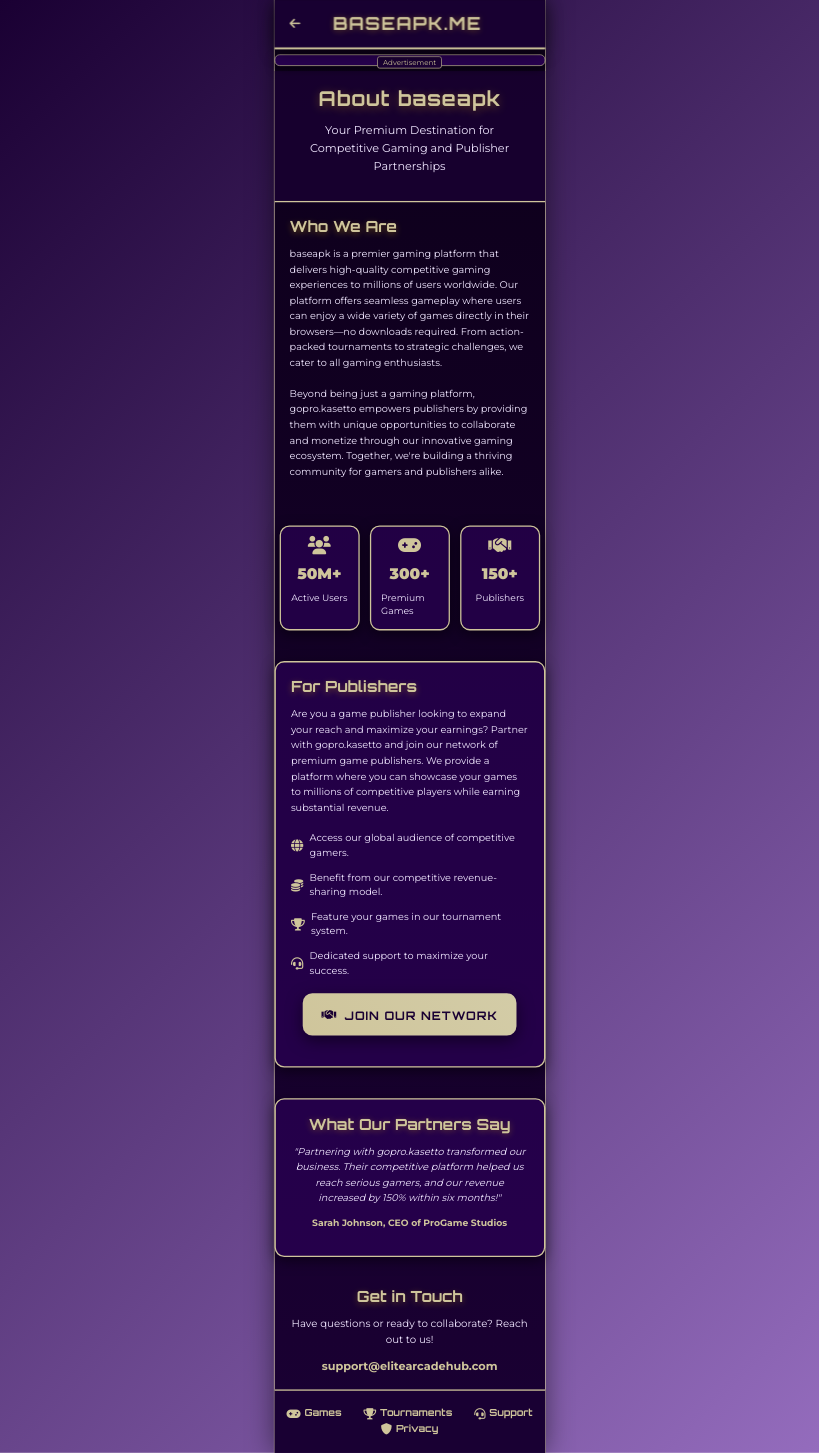
Repository: meenadabhii/kasetto.com
Page: game4265/about.html
An editor plug-in stored every save of this project. The page is shown before and after the next save, followed by the edit.
The browser window is 1280 px wide. The pictures show the whole page, at 64% of full size.

Above is the page before, as saved 2025-05-15 11:51:27.

### game4265/about.html
<!DOCTYPE html>
<html lang="en">

<head>
  <meta charset="UTF-8">
  <meta name="viewport" content="width=device-width, initial-scale=1.0">
  <title>About Us - baseapk.me</title>
  <link href="https://cdn.jsdelivr.net/npm/bootstrap@5.3.0/dist/css/bootstrap.min.css" rel="stylesheet">
  <link rel="stylesheet" href="https://cdnjs.cloudflare.com/ajax/libs/font-awesome/6.0.0/css/all.min.css">
  <link
    href="https://fonts.googleapis.com/css2?family=Montserrat:wght@400;700;900&family=Orbitron:wght@400;700&display=swap"
    rel="stylesheet">
  <style>
    :root {
      --primary-dark: #1a0033;
      --primary-medium: #946cbd;
      --primary-light: #bf9fdf;
      --accent-gold: #cfc59b;
      --accent-light: #d3cca7;
      --text-light: #f0e6ff;
      --text-dark: #1a0033;
      --shadow-dark: rgba(0, 0, 0, 0.5);
      --shadow-light: rgba(255, 204, 0, 0.3);
    }

    body {
      background: linear-gradient(135deg, var(--primary-dark) 0%, var(--primary-medium) 100%);
      min-height: 100vh;
      display: flex;
      flex-direction: column;
      align-items: center;
      font-family: 'Montserrat', sans-serif;
      margin: 0;
      padding: 0;
      width: 100%;
      overflow-x: hidden;
      color: var(--text-light);
    }

    .page-wrapper {
      width: 100%;
      max-width: 425px;
      margin: 0 auto;
      background: linear-gradient(180deg, #0d001a 0%, #1a0033 100%);
      min-height: 100vh;
      display: flex;
      flex-direction: column;
      align-items: center;
      box-shadow: 0 0 40px var(--shadow-dark);
      border-left: 1px solid var(--accent-gold);
      border-right: 1px solid var(--accent-gold);
    }

    .header {
      background: rgba(26, 0, 51, 0.95);
      backdrop-filter: blur(15px);
      width: 100%;
      padding: 1rem 0;
      box-shadow: 0 5px 25px var(--shadow-dark);
      position: sticky;
      top: 0;
      z-index: 1000;
      display: flex;
      justify-content: center;
      border-bottom: 3px solid var(--accent-gold);
    }

    .header-content {
      width: 100%;
      max-width: 425px;
      margin: 0 auto;
      display: flex;
      align-items: center;
      justify-content: space-between;
      padding: 0 1.5rem;
    }

    .logo {
      font-size: 1.75rem;
      font-weight: 900;
      color: var(--accent-gold);
      text-decoration: none;
      text-transform: uppercase;
      letter-spacing: 2px;
      text-shadow: 0 2px 10px var(--shadow-light);
      transition: all 0.3s ease;
      font-family: 'Orbitron', sans-serif;
    }

    .logo:hover {
      color: var(--accent-light);
      text-shadow: 0 4px 20px var(--shadow-light);
    }

    .logo img {
      height: 50px;
      width: auto;
      display: block;
    }

    .back-btn {
      font-size: 1.2rem;
      color: var(--accent-gold);
      text-decoration: none;
      transition: all 0.3s ease;
    }

    .back-btn:hover {
      color: var(--accent-light);
      transform: translateX(-3px);
    }

    #banner-ad {
      width: 100%;
      max-width: 425px;
      margin: 0.5rem auto;
      padding: 0.5rem;
      background: rgba(51, 0, 102, 0.7);
      box-shadow: 0 4px 15px var(--shadow-dark);
      border-radius: 8px;
      position: relative;
      text-align: center;
      border: 1px solid var(--accent-gold);
    }

    #banner-ad::before {
      content: "Advertisement";
      position: absolute;
      top: 2px;
      left: 50%;
      transform: translateX(-50%);
      font-size: 0.7rem;
      font-weight: 500;
      color: var(--accent-gold);
      background: var(--primary-dark);
      padding: 0 8px;
      border-radius: 4px;
      border: 1px solid var(--accent-gold);
    }

    .about-hero {
      width: 100%;
      max-width: 425px;
      padding: 1.5rem;
      text-align: center;
      background: rgba(26, 0, 51, 0.8);
      border-bottom: 2px solid var(--accent-gold);
    }

    .hero-title {
      font-size: 2rem;
      font-weight: 900;
      color: var(--accent-gold);
      margin-bottom: 1rem;
      text-shadow: 0 3px 15px var(--shadow-light);
      letter-spacing: 1.5px;
      font-family: 'Orbitron', sans-serif;
    }

    .hero-tagline {
      font-size: 1.1rem;
      font-weight: 500;
      color: var(--text-light);
      line-height: 1.6;
    }

    .about-section {
      width: 100%;
      max-width: 425px;
      padding: 1.5rem;
    }

    .section-title {
      font-size: 1.5rem;
      font-weight: 900;
      color: var(--accent-gold);
      margin-bottom: 1rem;
      text-shadow: 0 2px 10px var(--shadow-light);
      font-family: 'Orbitron', sans-serif;
    }

    .section-text {
      font-size: 0.95rem;
      color: var(--text-light);
      line-height: 1.6;
      margin-bottom: 1.5rem;
    }

    .stats-grid {
      width: 100%;
      display: flex;
      flex-direction: column;
      gap: 1rem;
      margin: 1.5rem 0;
      padding: 0 0.5rem;
      box-sizing: border-box;
    }

    @media (min-width: 768px) {
      .stats-grid {
        display: grid;
        grid-template-columns: repeat(3, 1fr);
      }
    }

    .stat-item {
      background: rgba(51, 0, 102, 0.5);
      padding: 1rem;
      border-radius: 15px;
      display: flex;
      flex-direction: column;
      align-items: center;
      gap: 10px;
      color: var(--text-light);
      font-size: 0.95rem;
      font-weight: 700;
      transition: all 0.3s ease;
      box-shadow: 0 6px 20px var(--shadow-dark);
      border: 2px solid var(--accent-gold);
    }

    .stat-item:hover {
      transform: translateY(-5px);
      box-shadow: 0 10px 30px var(--shadow-light);
      background: rgba(51, 0, 102, 0.8);
    }

    .stat-item i {
      font-size: 1.8rem;
      color: var(--accent-gold);
    }

    .stat-item .stat-number {
      font-size: 1.5rem;
      font-weight: 900;
      color: var(--accent-gold);
    }

    .stat-item .stat-label {
      font-size: 0.9rem;
      font-weight: 500;
      color: var(--text-light);
    }

    .publisher-benefits {
      width: 100%;
      max-width: 425px;
      padding: 1.5rem;
      background: rgba(51, 0, 102, 0.5);
      border-radius: 15px;
      margin: 1.5rem 0;
      box-shadow: 0 6px 20px var(--shadow-dark);
      border: 2px solid var(--accent-gold);
    }

    .benefit-item {
      display: flex;
      align-items: center;
      gap: 10px;
      margin-bottom: 1rem;
      font-size: 0.95rem;
      color: var(--text-light);
      font-weight: 500;
      transition: transform 0.3s ease;
    }

    .benefit-item:hover {
      transform: translateX(5px);
      color: var(--accent-gold);
    }

    .benefit-item i {
      font-size: 1.2rem;
      color: var(--accent-gold);
    }

    .cta-button {
      width: 90%;
      padding: 1.2rem;
      border-radius: 15px;
      font-weight: 700;
      border: none;
      font-size: 1.15rem;
      transition: all 0.3s ease;
      display: flex;
      align-items: center;
      justify-content: center;
      gap: 12px;
      cursor: pointer;
      margin: 1.5rem auto;
      color: var(--text-dark);
      box-shadow: 0 8px 25px var(--shadow-dark);
      text-transform: uppercase;
      letter-spacing: 1.5px;
      position: relative;
      overflow: hidden;
      background: linear-gradient(45deg, var(--accent-gold), var(--accent-light));
      font-family: 'Orbitron', sans-serif;
    }

    .cta-button:hover {
      transform: translateY(-5px);
      box-shadow: 0 12px 35px var(--shadow-light);
      background: linear-gradient(45deg, var(--accent-light), #ffee99);
    }

    .cta-button::before {
      content: '';
      position: absolute;
      top: 50%;
      left: 50%;
      width: 0;
      height: 0;
      background: rgba(255, 255, 255, 0.3);
      border-radius: 50%;
      transform: translate(-50%, -50%);
      transition: width 0.5s ease, height 0.5s ease;
    }

    .cta-button:hover::before {
      width: 300px;
      height: 300px;
    }

    .testimonial-section {
      width: 100%;
      max-width: 425px;
      padding: 1.5rem;
      background: rgba(51, 0, 102, 0.5);
      border-radius: 15px;
      margin: 1.5rem 0;
      box-shadow: 0 6px 20px var(--shadow-dark);
      text-align: center;
      border: 2px solid var(--accent-gold);
    }

    .testimonial-text {
      font-size: 0.95rem;
      font-style: italic;
      color: var(--text-light);
      line-height: 1.6;
      margin-bottom: 1rem;
    }

    .testimonial-author {
      font-size: 0.9rem;
      font-weight: 700;
      color: var(--accent-gold);
    }

    .contact-section {
      width: 100%;
      max-width: 425px;
      padding: 1.5rem;
      text-align: center;
    }

    .contact-text {
      font-size: 1rem;
      color: var(--text-light);
      margin-bottom: 1rem;
    }

    .contact-email {
      font-size: 1.1rem;
      font-weight: 700;
      color: var(--accent-gold);
      text-decoration: none;
      transition: all 0.3s ease;
    }

    .contact-email:hover {
      color: var(--accent-light);
      text-shadow: 0 0 10px var(--shadow-light);
    }

    .footer-links {
      width: 100%;
      text-align: center;
      padding: 1.5rem 0;
      border-top: 2px solid var(--accent-gold);
      margin-top: auto;
      background: rgba(26, 0, 51, 0.95);
    }

    .footer-links a {
      color: var(--accent-gold);
      text-decoration: none;
      margin: 0 15px;
      font-size: 0.95rem;
      transition: all 0.3s ease;
      display: inline-flex;
      align-items: center;
      gap: 6px;
      font-weight: 700;
      font-family: 'Orbitron', sans-serif;
    }

    .footer-links a:hover {
      color: var(--accent-light);
      transform: translateY(-3px);
      text-shadow: 0 0 10px var(--shadow-light);
    }

    .footer-links a i {
      font-size: 1.1rem;
    }
  </style>
</head>

<body oncontextmenu="return false" onkeydown="return disableKeys(event)" onselectstart="return false">
  <!-- Copyright Notice -->
  <script>
    console.log("© 2025 mods.baseapk.me All rights reserved.");
  </script>

  <div class="page-wrapper">
    <!-- Header -->
    <header class="header">
      <div class="header-content">
        <a href="javascript:history.back()" class="back-btn"><i class="fas fa-arrow-left"></i></a>
        <a href="game.html" class="logo">
          baseapk.me
        </a>
        <div style="width: 24px;"></div> <!-- Spacer for alignment -->
      </div>
    </header>

    <!-- Banner Ad -->
    <div id="banner-ad" class="ads-box">
    </div>

    <!-- Hero Section -->
    <div class="about-hero">
      <h1 class="hero-title">About baseapk</h1>
      <p class="hero-tagline">Your Premium Destination for Competitive Gaming and Publisher Partnerships</p>
    </div>

    <!-- About gopro.kasetto Section -->
    <div class="about-section">
      <h2 class="section-title">Who We Are</h2>
      <p class="section-text">
        baseapk is a premier gaming platform that delivers high-quality competitive gaming experiences to millions of
        users worldwide. Our platform offers seamless gameplay where users can enjoy a wide variety of games directly in
        their browsers—no downloads required. From action-packed tournaments to strategic challenges, we cater to all
        gaming enthusiasts.
      </p>
      <p class="section-text">
        Beyond being just a gaming platform, gopro.kasetto empowers publishers by providing them with unique opportunities to
        collaborate and monetize through our innovative gaming ecosystem. Together, we're building a thriving community
        for gamers and publishers alike.
      </p>
    </div>

    <!-- Stats Section -->
    <div class="stats-grid">
      <div class="stat-item">
        <i class="fas fa-users"></i>
        <div class="stat-number">50M+</div>
        <div class="stat-label">Active Users</div>
      </div>
      <div class="stat-item">
        <i class="fas fa-gamepad"></i>
        <div class="stat-number">300+</div>
        <div class="stat-label">Premium Games</div>
      </div>
      <div class="stat-item">
        <i class="fas fa-handshake"></i>
        <div class="stat-number">150+</div>
        <div class="stat-label">Publishers</div>
      </div>
    </div>

    <!-- For Publishers Section -->
    <div class="publisher-benefits">
      <h2 class="section-title">For Publishers</h2>
      <p class="section-text">
        Are you a game publisher looking to expand your reach and maximize your earnings? Partner with gopro.kasetto and join
        our network of premium game publishers. We provide a platform where you can showcase your games to millions of
        competitive players while earning substantial revenue.
      </p>
      <div class="benefit-item">
        <i class="fas fa-globe"></i>
        <span>Access our global audience of competitive gamers.</span>
      </div>
      <div class="benefit-item">
        <i class="fas fa-coins"></i>
        <span>Benefit from our competitive revenue-sharing model.</span>
      </div>
      <div class="benefit-item">
        <i class="fas fa-trophy"></i>
        <span>Feature your games in our tournament system.</span>
      </div>
      <div class="benefit-item">
        <i class="fas fa-headset"></i>
        <span>Dedicated support to maximize your success.</span>
      </div>
      <button class="cta-button" onclick="window.location.href='mailto:support@elitearcadehub.com'">
        <i class="fas fa-handshake"></i> Join Our Network
      </button>
    </div>

    <!-- Testimonial Section -->
    <div class="testimonial-section">
      <h2 class="section-title">What Our Partners Say</h2>
      <p class="testimonial-text">
        "Partnering with gopro.kasetto transformed our business. Their competitive platform helped us reach serious gamers,
        and our revenue increased by 150% within six months!"
      </p>
      <p class="testimonial-author">Sarah Johnson, CEO of ProGame Studios</p>
    </div>

    <!-- Contact Section -->
    <div class="contact-section">
      <h2 class="section-title">Get in Touch</h2>
      <p class="contact-text">Have questions or ready to collaborate? Reach out to us!</p>
      <a href="mailto:support@elitearcadehub.com" class="contact-email">support@elitearcadehub.com</a>
    </div>

    <!-- Footer -->
    <div class="footer-links">
      <a href="game.html"><i class="fas fa-gamepad"></i> Games</a>
      <a href="tournaments.html"><i class="fas fa-trophy"></i> Tournaments</a>
      <a href="support.html"><i class="fas fa-headset"></i> Support</a>
      <a href="privacy.html"><i class="fas fa-shield-alt"></i> Privacy</a>
    </div>
  </div>

  <!-- Scripts -->
  <script src="https://cdn.jsdelivr.net/npm/bootstrap@5.3.0/dist/js/bootstrap.bundle.min.js"></script>
  <script>
    // Disable right-click
    document.addEventListener('contextmenu', function (e) {
      e.preventDefault();
      alert('Right-click is disabled to protect our content.');
    });

    // Disable keyboard shortcuts (Ctrl+U, Ctrl+Shift+I, F12, etc.)
    function disableKeys(e) {
      if (
        (e.ctrlKey && (e.key === 'u' || e.key === 's' || e.key === 'c' || e.key === 'i' || e.key === 'j')) ||
        e.key === 'F12' ||
        (e.metaKey && e.altKey && e.key === 'i')
      ) {
        e.preventDefault();
        alert('Access to developer tools and source code is disabled to protect our content.');
        return false;
      }
      return true;
    }

    // Disable text selection
    document.addEventListener('selectstart', function (e) {
      e.preventDefault();
    });

    // Disable drag and drop
    document.addEventListener('dragstart', function (e) {
      e.preventDefault();
    });
  </script>
</body>

</html>

After the next save:
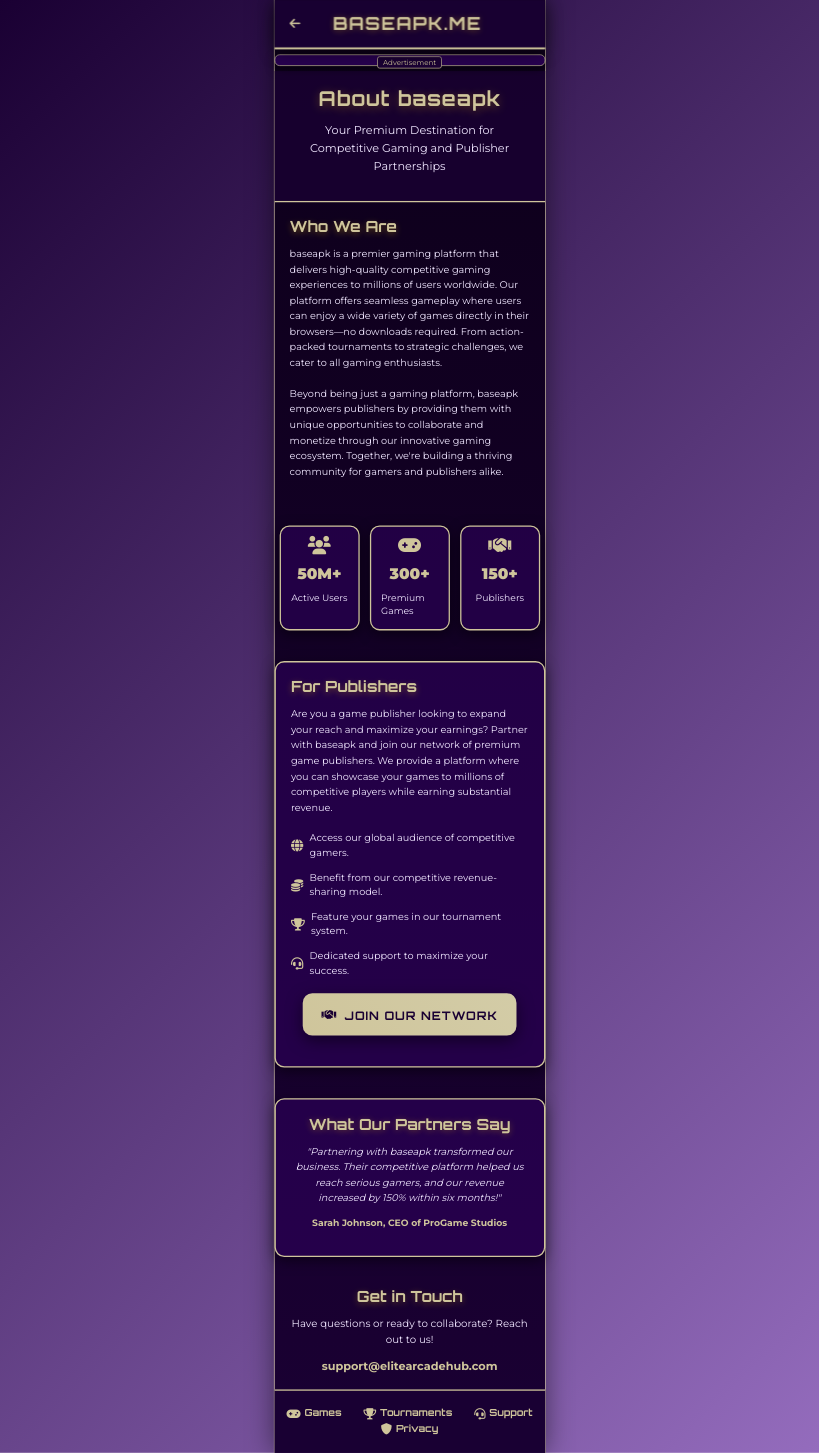
Saved 1 s later.
--- a/game4265/about.html
+++ b/game4265/about.html
@@ -436,7 +436,7 @@
       <p class="hero-tagline">Your Premium Destination for Competitive Gaming and Publisher Partnerships</p>
     </div>
 
-    <!-- About gopro.kasetto Section -->
+    <!-- About baseapk Section -->
     <div class="about-section">
       <h2 class="section-title">Who We Are</h2>
       <p class="section-text">
@@ -446,7 +446,7 @@
         gaming enthusiasts.
       </p>
       <p class="section-text">
-        Beyond being just a gaming platform, gopro.kasetto empowers publishers by providing them with unique opportunities to
+        Beyond being just a gaming platform, baseapk empowers publishers by providing them with unique opportunities to
         collaborate and monetize through our innovative gaming ecosystem. Together, we're building a thriving community
         for gamers and publishers alike.
       </p>
@@ -475,7 +475,7 @@
     <div class="publisher-benefits">
       <h2 class="section-title">For Publishers</h2>
       <p class="section-text">
-        Are you a game publisher looking to expand your reach and maximize your earnings? Partner with gopro.kasetto and join
+        Are you a game publisher looking to expand your reach and maximize your earnings? Partner with baseapk and join
         our network of premium game publishers. We provide a platform where you can showcase your games to millions of
         competitive players while earning substantial revenue.
       </p>
@@ -504,7 +504,7 @@
     <div class="testimonial-section">
       <h2 class="section-title">What Our Partners Say</h2>
       <p class="testimonial-text">
-        "Partnering with gopro.kasetto transformed our business. Their competitive platform helped us reach serious gamers,
+        "Partnering with baseapk transformed our business. Their competitive platform helped us reach serious gamers,
         and our revenue increased by 150% within six months!"
       </p>
       <p class="testimonial-author">Sarah Johnson, CEO of ProGame Studios</p>
